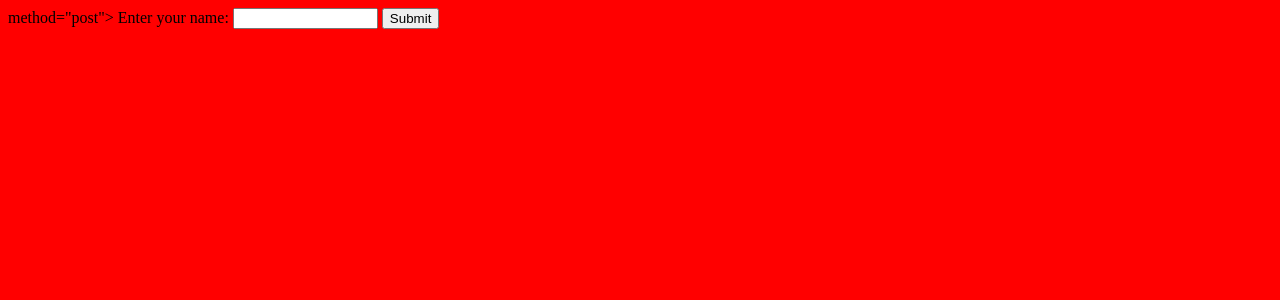
Repository: MalykaK/servlets
Page: HelloWorld/WebContent/home.html
An editor plug-in stored every save of this project. The page is shown before and after the next save, followed by the edit.
The browser window is 1280 px wide. The pictures show the whole page.

Above is the page before, as saved 2018-09-05 09:45:08.

After the next save:
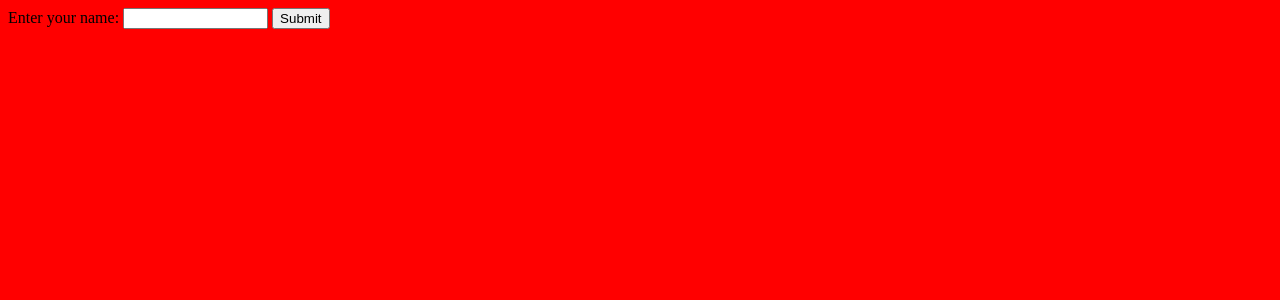
Saved 84 s later.
--- a/HelloWorld/WebContent/home.html
+++ b/HelloWorld/WebContent/home.html
@@ -7,7 +7,7 @@
 <body bgcolor="red">
 <!--  <a href="hello">Click here</a>-->
 
-<form action="greet"> method="post">
+<form action="greet" method="post">
 <label>Enter your name:</label>
 <input type="text" name="username" size="15"/>
 <input type="submit"/>
